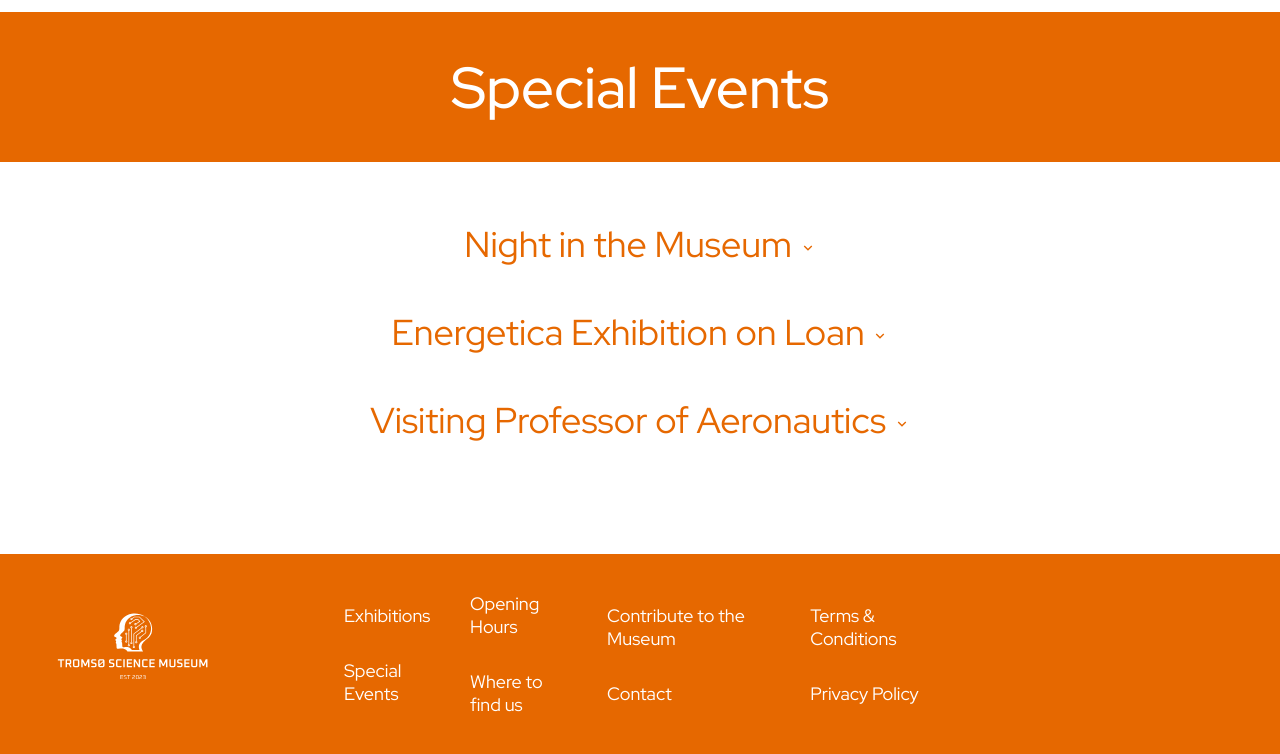
Repository: benjaminskarding/Semester-Project
Page: index.html
An editor plug-in stored every save of this project. The page is shown before and after a run of saves, followed by the edit.
The browser window is 1280 px wide. The pictures show the part of the page from y = 5117 to 6003 px (the page is 5871 px tall before and 6003 px after).
A picture or video elsewhere on the page could not be fetched, so the positions and the page height are approximate.

Above is the page before, as saved 2023-12-04 13:37:47.

After the next 4 saves:
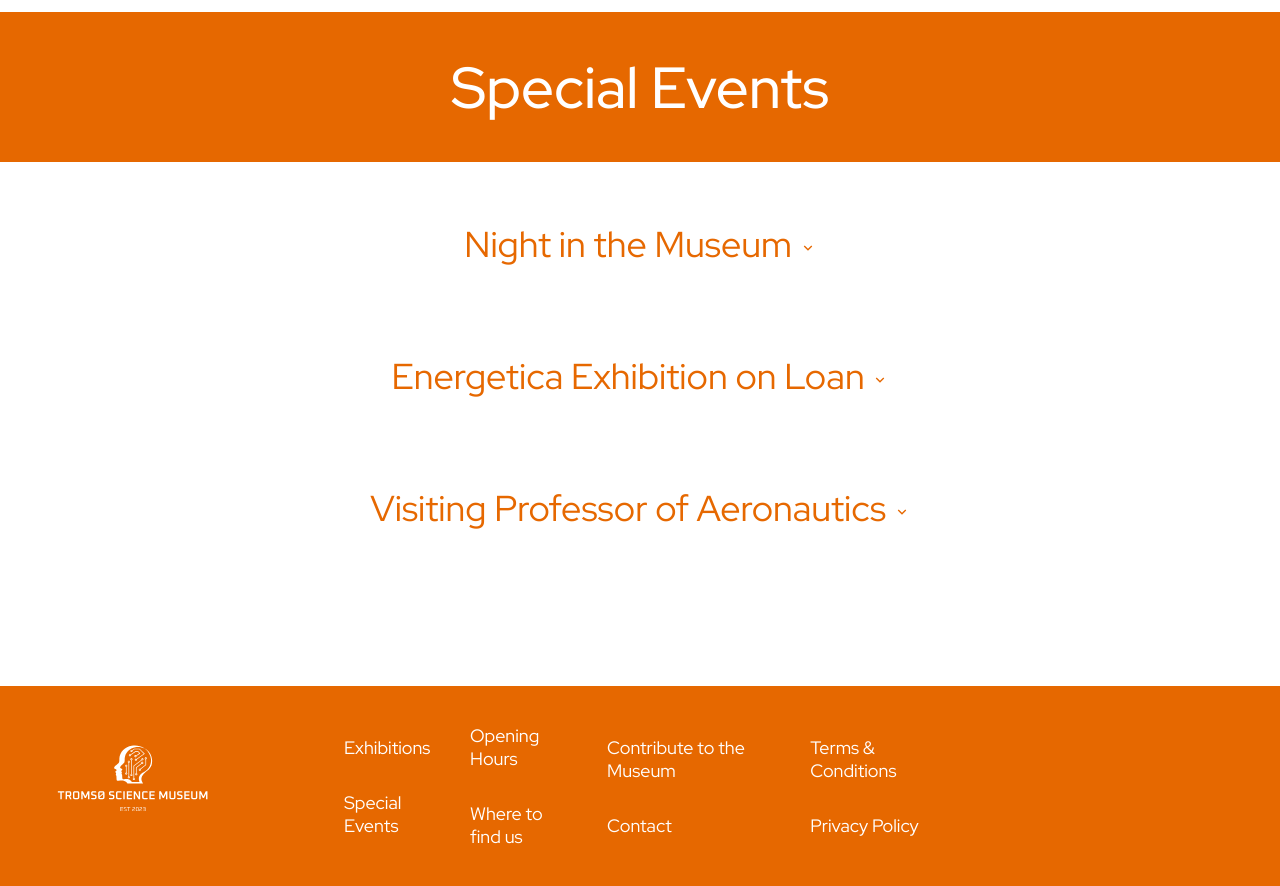
The 4 saves are shown as one change because they came seconds apart.
The last was saved 28 s later.
--- a/src/css/index.css
+++ b/src/css/index.css
@@ -381,7 +381,7 @@ h4 {
 }
 
 .section {
-    margin-bottom: 20px;
+    margin-bottom: 4rem;
   }
 
 
